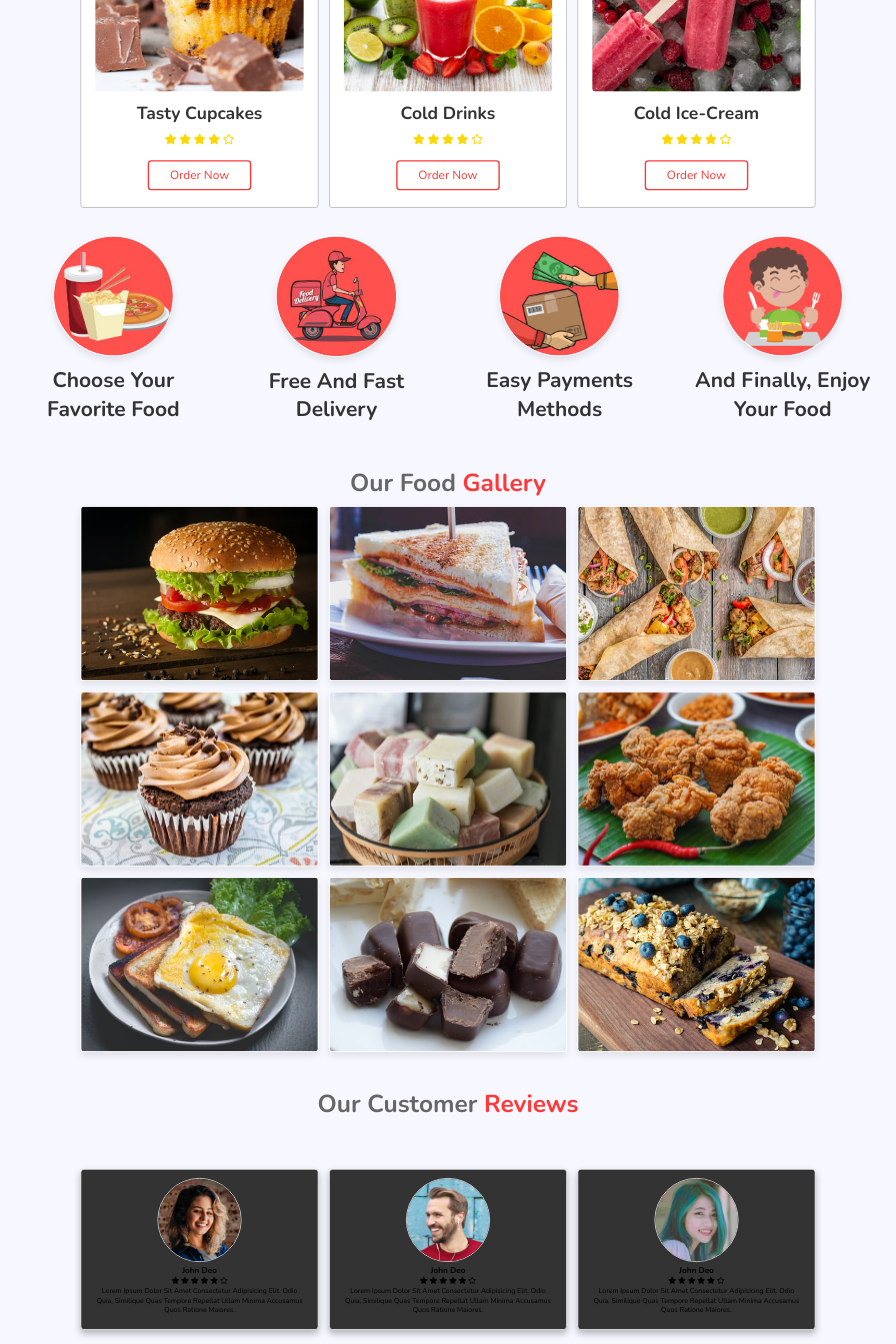
Repository: ManhTanVN/food
Page: index.html
An editor plug-in stored every save of this project. The page is shown before and after the next save, followed by the edit.
The browser window is 1280 px wide. The pictures show the part of the page from y = 2067 to 3987 px (the page is 3987 px tall), at 70% of full size.
The style sheet was rebuilt from its Sass, Less or Tailwind sources for each picture, by a compiler version that may differ from the author's.

Above is the page before, as saved 2021-08-29 20:35:26.

### index.html
<!DOCTYPE html>
<html lang="en">
<head>
    <meta charset="UTF-8">
    <meta http-equiv="X-UA-Compatible" content="IE=edge">
    <meta name="viewport" content="width=device-width, initial-scale=1.0">
    <title>Document</title>
    <!-- font awe-some CDN -->
    <link rel="stylesheet" href="https://cdnjs.cloudflare.com/ajax/libs/font-awesome/5.15.4/css/all.min.css">

    <!-- custom css -->
    <link rel="stylesheet" href="./assets/css/style.css">
</head>
<body>
    <!-- header section start -->
    <header>
        <a href="#" class="logo"><i class="fas fa-utensils"></i>food</a>
        <div id="menu-bar" class="fas fa-bars"></div>
        <nav class="navbar">
            <a href="#home">home</a>
            <a href="#speciality">speciality</a>
            <a href="#popular">popular</a>
            <a href="#gallery">gallery</a>
            <a href="#review">review</a>
            <a href="#order">order</a>
        </nav>
    </header>
    <!-- header section end -->

    <!-- home section starts -->
    <section class="home" id="home">
        <div class="home__content">
            <h3>food made with love</h3>
            <p>Lorem ipsum dolor sit amet, consectetur adipisicing elit. Corrupti inventore error fugit alias sapiente, eveniet minima impedit repellendus, itaque beatae porro ullam nobis, vero assumenda quod quibusdam consequuntur provident! Error!</p>
            <a href="#" class="btn">order now</a>
        </div>
        <div class="home__image">
            <img src="./assets/images/home-img.png" alt="">
        </div>


    </section>
    <!-- home section ends -->

    <!-- speciality section starts -->
    <section class="speciality" id="speciality">
        <h1 class="heading">our <span>speciality</span></h1>
        <div class="box-container">
            <div class="box">
                <img class="box__image" src="./assets/images/s-img-1.jpg" alt="">
                <div class="box__content">
                    <img src="./assets/images/s-1.png" alt="">
                    <h3>tasty burger</h3>
                    <p>Lorem ipsum dolor sit amet consectetur adipisicing elit. Voluptatibus nam ratione, veniam esse illo vitae alias adipisci reiciendis sunt minus?</p>
                </div>
            </div>
            <div class="box">
                <img class="box__image" src="./assets/images/s-img-2.jpg" alt="">
                <div class="box__content">
                    <img src="./assets/images/s-2.png" alt="">
                    <h3>tasty pizza</h3>
                    <p>Lorem ipsum dolor sit amet consectetur adipisicing elit. Voluptatibus nam ratione, veniam esse illo vitae alias adipisci reiciendis sunt minus?</p>
                </div>
            </div>
            <div class="box">
                <img class="box__image" src="./assets/images/s-img-3.jpg" alt="">
                <div class="box__content">
                    <img src="./assets/images/s-3.png" alt="">
                    <h3>cold ice-cream</h3>
                    <p>Lorem ipsum dolor sit amet consectetur adipisicing elit. Voluptatibus nam ratione, veniam esse illo vitae alias adipisci reiciendis sunt minus?</p>
                </div>
            </div>
            <div class="box">
                <img class="box__image" src="./assets/images/s-img-4.jpg" alt="">
                <div class="box__content">
                    <img src="./assets/images/s-4.png" alt="">
                    <h3>drinks</h3>
                    <p>Lorem ipsum dolor sit amet consectetur adipisicing elit. Voluptatibus nam ratione, veniam esse illo vitae alias adipisci reiciendis sunt minus?</p>
                </div>
            </div>
            <div class="box">
                <img class="box__image" src="./assets/images/s-img-5.jpg" alt="">
                <div class="box__content">
                    <img src="./assets/images/s-5.png" alt="">
                    <h3>tasty sweets</h3>
                    <p>Lorem ipsum dolor sit amet consectetur adipisicing elit. Voluptatibus nam ratione, veniam esse illo vitae alias adipisci reiciendis sunt minus?</p>
                </div>
            </div>
            <div class="box">
                <img class="box__image" src="./assets/images/s-img-6.jpg" alt="">
                <div class="box__content">
                    <img src="./assets/images/s-6.png" alt="">
                    <h3>healthy breakfast</h3>
                    <p>Lorem ipsum dolor sit amet consectetur adipisicing elit. Voluptatibus nam ratione, veniam esse illo vitae alias adipisci reiciendis sunt minus?</p>
                </div>
            </div>
        </div>
    </section>
    <!-- speciality section ends -->

    <!-- popular section starts -->
    <section class="popular" id="popular">
        <h1 class="heading">most <span>popular</span> foods</h1>
        <div class="box-container">
            <div class="box">
                <span class="box__price"> $5 - $20 </span>
                <img src="./assets/images/p-1.jpg" alt="">
                <h3>tasty burger</h3>
                <div class="box__star">
                    <i class="fas fa-star"></i>
                    <i class="fas fa-star"></i>
                    <i class="fas fa-star"></i>
                    <i class="fas fa-star"></i>
                    <i class="far fa-star"></i>
                </div>
                <a href="#" class="btn">order now</a>
            </div>
            <div class="box">
                <span class="box__price"> $5 - $20 </span>
                <img src="./assets/images/p-2.jpg" alt="">
                <h3>tasty cakes</h3>
                <div class="box__star">
                    <i class="fas fa-star"></i>
                    <i class="fas fa-star"></i>
                    <i class="fas fa-star"></i>
                    <i class="fas fa-star"></i>
                    <i class="far fa-star"></i>
                </div>
                <a href="#" class="btn">order now</a>
            </div>
            <div class="box">
                <span class="box__price"> $5 - $20 </span>
                <img src="./assets/images/p-3.jpg" alt="">
                <h3>tasty sweets</h3>
                <div class="box__star">
                    <i class="fas fa-star"></i>
                    <i class="fas fa-star"></i>
                    <i class="fas fa-star"></i>
                    <i class="fas fa-star"></i>
                    <i class="far fa-star"></i>
                </div>
                <a href="#" class="btn">order now</a>
            </div>
            <div class="box">
                <span class="box__price"> $5 - $20 </span>
                <img src="./assets/images/p-4.jpg" alt="">
                <h3>tasty cupcakes</h3>
                <div class="box__star">
                    <i class="fas fa-star"></i>
                    <i class="fas fa-star"></i>
                    <i class="fas fa-star"></i>
                    <i class="fas fa-star"></i>
                    <i class="far fa-star"></i>
                </div>
                <a href="#" class="btn">order now</a>
            </div>
            <div class="box">
                <span class="box__price"> $5 - $20 </span>
                <img src="./assets/images/p-5.jpg" alt="">
                <h3>cold drinks</h3>
                <div class="box__star">
                    <i class="fas fa-star"></i>
                    <i class="fas fa-star"></i>
                    <i class="fas fa-star"></i>
                    <i class="fas fa-star"></i>
                    <i class="far fa-star"></i>
                </div>
                <a href="#" class="btn">order now</a>
            </div>
            <div class="box">
                <span class="box__price"> $5 - $20 </span>
                <img src="./assets/images/p-6.jpg" alt="">
                <h3>cold ice-cream</h3>
                <div class="box__star">
                    <i class="fas fa-star"></i>
                    <i class="fas fa-star"></i>
                    <i class="fas fa-star"></i>
                    <i class="fas fa-star"></i>
                    <i class="far fa-star"></i>
                </div>
                <a href="#" class="btn">order now</a>
            </div>
        </div>

    </section>
    <!-- popular section ends -->

    <!-- Step section starts -->
    <section class="steps">
        <div class="box">
            <img src="./assets/images/step-1.jpg" alt="">
            <h3>choose your favorite food</h3>
        </div>
        <div class="box">
            <img src="./assets/images/step-2.jpg" alt="">
            <h3>free and fast delivery</h3>
        </div>
        <div class="box">
            <img src="./assets/images/step-3.jpg" alt="">
            <h3>easy payments methods</h3>
        </div>
        <div class="box">
            <img src="./assets/images/step-4.jpg" alt="">
            <h3>and finally, enjoy your food</h3>
        </div>
    </section>
    <!-- Step section ends -->

    <!-- Gallery section starts -->
    <section class="gallery" id="gallery">
        <h1 class="heading">our food <span>gallery</span></h1>
        <div class="box-container">
            <div class="box">
                <img src="./assets/images/g-1.jpg" alt="" class="box__image">
                <div class="box__content">
                    <h3>tasty food</h3>
                    <p>Lorem ipsum dolor sit amet consectetur adipisicing elit. At, quos.</p>
                    <a href="#" class="btn">order now</a>
                </div>
            </div>
            <div class="box">
                <img src="./assets/images/g-2.jpg" alt="" class="box__image">
                <div class="box__content">
                    <h3>tasty food</h3>
                    <p>Lorem ipsum dolor sit amet consectetur adipisicing elit. At, quos.</p>
                    <a href="#" class="btn">order now</a>
                </div>
            </div>
            <div class="box">
                <img src="./assets/images/g-3.jpg" alt="" class="box__image">
                <div class="box__content">
                    <h3>tasty food</h3>
                    <p>Lorem ipsum dolor sit amet consectetur adipisicing elit. At, quos.</p>
                    <a href="#" class="btn">order now</a>
                </div>
            </div>
            <div class="box">
                <img src="./assets/images/g-4.jpg" alt="" class="box__image">
                <div class="box__content">
                    <h3>tasty food</h3>
                    <p>Lorem ipsum dolor sit amet consectetur adipisicing elit. At, quos.</p>
                    <a href="#" class="btn">order now</a>
                </div>
            </div>
            <div class="box">
                <img src="./assets/images/g-5.jpg" alt="" class="box__image">
                <div class="box__content">
                    <h3>tasty food</h3>
                    <p>Lorem ipsum dolor sit amet consectetur adipisicing elit. At, quos.</p>
                    <a href="#" class="btn">order now</a>
                </div>
            </div>
            <div class="box">
                <img src="./assets/images/g-6.jpg" alt="" class="box__image">
                <div class="box__content">
                    <h3>tasty food</h3>
                    <p>Lorem ipsum dolor sit amet consectetur adipisicing elit. At, quos.</p>
                    <a href="#" class="btn">order now</a>
                </div>
            </div>
            <div class="box">
                <img src="./assets/images/g-7.jpg" alt="" class="box__image">
                <div class="box__content">
                    <h3>tasty food</h3>
                    <p>Lorem ipsum dolor sit amet consectetur adipisicing elit. At, quos.</p>
                    <a href="#" class="btn">order now</a>
                </div>
            </div>
            <div class="box">
                <img src="./assets/images/g-8.jpg" alt="" class="box__image">
                <div class="box__content">
                    <h3>tasty food</h3>
                    <p>Lorem ipsum dolor sit amet consectetur adipisicing elit. At, quos.</p>
                    <a href="#" class="btn">order now</a>
                </div>
            </div>
            <div class="box">
                <img src="./assets/images/g-9.jpg" alt="" class="box__image">
                <div class="box__content">
                    <h3>tasty food</h3>
                    <p>Lorem ipsum dolor sit amet consectetur adipisicing elit. At, quos.</p>
                    <a href="#" class="btn">order now</a>
                </div>
            </div>
        </div>
    </section>
    <!-- Gallery section ends -->

    <!-- review section starts -->
    <section class="review" id="review">
        <h1 class="heading">our customer <span>reviews</span></h1>
        <div class="box-container">

            <div class="box">
                <img src="./assets/images/pic1.png" alt="" class="box__image">
                <h3>john deo</h3>
                <div class="stars">
                    <i class="fas fa-star"></i>
                    <i class="fas fa-star"></i>
                    <i class="fas fa-star"></i>
                    <i class="fas fa-star"></i>
                    <i class="fas fa-star"></i>
                    <i class="far fa-star"></i>
                </div>
                <p>Lorem ipsum dolor sit amet consectetur adipisicing elit. Odio quia, similique quas tempore repellat ullam minima accusamus quos ratione maiores.</p>
            </div>
            <div class="box">
                <img src="./assets/images/pic2.png" alt="" class="box__image">
                <h3>john deo</h3>
                <div class="stars">
                    <i class="fas fa-star"></i>
                    <i class="fas fa-star"></i>
                    <i class="fas fa-star"></i>
                    <i class="fas fa-star"></i>
                    <i class="fas fa-star"></i>
                    <i class="far fa-star"></i>
                </div>
                <p>Lorem ipsum dolor sit amet consectetur adipisicing elit. Odio quia, similique quas tempore repellat ullam minima accusamus quos ratione maiores.</p>
            </div>
            <div class="box">
                <img src="./assets/images/pic3.png" alt="" class="box__image">
                <h3>john deo</h3>
                <div class="stars">
                    <i class="fas fa-star"></i>
                    <i class="fas fa-star"></i>
                    <i class="fas fa-star"></i>
                    <i class="fas fa-star"></i>
                    <i class="fas fa-star"></i>
                    <i class="far fa-star"></i>
                </div>
                <p>Lorem ipsum dolor sit amet consectetur adipisicing elit. Odio quia, similique quas tempore repellat ullam minima accusamus quos ratione maiores.</p>
            </div>

        </div>
    </section>
    <!-- review section ends -->

<!-- custom js -->
<script src="./assets/js/main.js"></script>
<!-- custom js -->
</body>
</html>

### sass/style.scss
@import url('https://fonts.googleapis.com/css2?family=Nunito:wght@200;300;400;600;700&display=swap');
@import './mixin';
@import './variables';
@import './animation';
@import './base';
@import './header';
@import './menu-bar';
@import './home';
@import './btn';
@import './speciality';
@import './popular';
@import './steps';
@import './gallery';
@import './review';

@import './_media';

### sass/_mixin.scss
@mixin responsive($breakpoint) {
    @if $breakpoint == tablet {
        @media (max-width:991px) {@content}
    };

    @if $breakpoint == phone {
        @media (max-width: 768px) {@content}
    };

    @if $breakpoint == small {
        @media (max-width: 400px) {@content}
    };
}

### sass/_variables.scss
$color-red: #ff3838;

### sass/_animation.scss
@keyframes float {
    0%, 100% {
        transform: translateY(0rem)
    };

    50% {
        transform: translateY(03rem)
    }
}

### sass/_base.scss
* {
    font-family: 'Nunito', sans-serif;
    padding: 0; margin: 0;
    box-sizing: border-box;
    border: 0; outline: none;
    text-transform: capitalize;
    text-decoration: none;
    transition: all .2s linear;
}

*::selection {
    background: $color-red;
    color: #fff;
}

html {
    font-size: 62.5%;
    overflow-x: hidden;
    scroll-behavior: smooth;
    scroll-padding-top: 6rem;
    @include responsive (tablet) {
        font-size: 55%;
    }

    @include responsive (small) {
        font-size: 50%;

    }
}

body {
    background: #f7f7ff;
}

section {
    padding: 2rem 9%;
    @include responsive (tablet){
        padding: 2rem;
    }
}

### sass/_header.scss
header {
    position: fixed;
    top: 0;
    left: 0;
    right: 0;
    z-index: 9999;
    background: #fff;
    padding: 2rem 9%;
    box-shadow: 0 0.5rem 1rem rgba(0,0,0,.1);
    display: flex;
    justify-content: space-between;
    align-items: center;
    @include responsive (tablet) {
        padding: 2rem;
    }

}
header .logo {
    font-size: 2.5rem;
    font-weight: bold;
    color: #666;
}
header .logo i {
    padding-right: .5rem;
    color: $color-red;
}
header .navbar a {
    font-size: 2rem;
    margin-left: 2rem;
    color: #666;

    @include responsive (phone) {
        margin: 1.5rem;
        padding: 1.5rem;
        display: block;
        border: .2rem solid rgba(0,0,0,.1);
        border-left: .5rem solid $color-red;
        background: #fff;
    }
}

header .navbar a:hover {
    color: $color-red;
}

header .navbar {
    @include responsive (phone) {
        position: absolute;
        top: 100%;
        right: 0;
        left: 0;
        background: #f7f7f7;
        border-top: .1rem solid rgba(0,0,0,.1);
        clip-path: polygon(0 0, 100% 0 , 100% 0 , 0 0);
    }
}
header .navbar.active {
    @include responsive (phone) {
        clip-path: polygon(0 0, 100% 0 , 100% 100% , 0 100%);

    }
}

### sass/_menu-bar.scss
#menu-bar {
    font-size: 3rem;
    cursor: pointer;
    color: #666;
    border: .1rem solid #666;
    border-radius: .3rem;
    padding: .5rem 1.5rem;
    display: none;

    @include responsive (phone) {
        display: initial;
    }

}

### sass/_home.scss
.home {
    display: flex;
    flex-wrap: wrap;
    gap: 1.5rem;
    min-height: 100vh;
    align-items: center;
    background: url(../assets/images/home-bg.jpg) no-repeat;
    // background: url(../assets/images/pic1.png);
    // background: gold;
    background-size: cover;
    background-position: center;

    &__content{
        flex: 1 1 40rem;
        padding-top: 6.5rem;

        & h3{
            font-size: 5rem;
            color: #333;
        }
        & p{
            font-size: 1.7rem;
            color: #666;
            padding: 1rem 0;
        }
    }
    &__image {
        flex: 1 1 40rem;

    }
    &__image img {
        width: 100%;
        padding: 1rem;
        animation: float 3s linear infinite;
    }
}

### sass/_btn.scss
.btn {
    display: inline-block;
    padding: .8rem 3rem;
    border: .2rem solid $color-red;
    color: $color-red;
    cursor: pointer;
    font-size: 1.7rem;
    border-radius: .5rem;
    position: relative;
    overflow: hidden;
    z-index: 0;
    margin-top: 1rem;
    &::after {
        content: "";
        position: absolute;
        top: 0;
        right: 0;
        width: 0;
        height: 100%;
        background: $color-red;
        transition: .2s linear;
        z-index: -1;
    }

    &:hover::after {
        width: 100%;
        left: 0;;
    }
    &:hover {
        color: #fff;
    }
}

### sass/_popular.scss
.popular {
    & .box-container {
        & .box {
            padding: 2rem;
            background: #fff;
            box-shadow: 1 .5rem 1rem rgba(0,0,0,.1);
            border: .1rem solid rgba(0,0,0,.3);
            border-radius: .5rem;
            text-align: center;
            flex: 1 1 30rem;
            position: relative;

            & img {
                height: 25rem;
                object-fit: cover;
                width: 100%;
                border-radius: inherit;
            }

            &__price {
                position: absolute;
                top: 3rem; left: 3rem;
                background: $color-red;
                color: #fff;
                font-size: 2rem;
                padding: .5rem 1rem;
                border-radius: inherit;
            }

            & h3 {
                color: #333;
                font-size: 2.5rem;
                padding-top: 1rem;
            }

            &__star {
                color: gold;
                font-size: 1.5rem;
                padding: 1rem .1rem;
            }
        }
    }
}

### sass/_steps.scss
.steps {
    display: flex;
    flex-wrap: wrap;
    gap: 1.5rem;
    padding: 1rem;

    & .box {
        flex: 1 1 25rem;
        padding: 1rem;
        text-align: center;

        & img {
            border-radius: 50%;
            border: .1rem solid #fff;
            box-shadow: 0 .5rem 1rem rgba(0,0,0,.1);
        }

        & h3 {
            font-size: 3rem;
            color: #333;
            padding: 1rem;
        }
    }
}

### sass/_gallery.scss
.gallery {
    & .box-container {
        & .box {
            height: 25rem;
            flex: 1 1 30rem;
            border: .1rem solid #fff;
            box-shadow: 0 .5rem 1rem rgba(0,0,0,.1);
            border-radius: .5rem;
            position: relative;
            overflow: hidden;

            &:hover .box__content {
                top: 0;
            }

            &__image {
                width: 100%;
                height: 100%;
                object-fit: cover;
            }

            &__content {
                position: absolute;
                top: -100%; left: 0;
                width: 100%;
                height: 100%;
                background: rgba(255,255,255,.9);
                padding: 2rem;
                padding-top: 5rem;
                text-align: center;

                & h3 {
                    font-size: 2.5rem;
                    color: #333;
                }
                & p {
                    font-size: 1.5rem;
                    color: #666;
                    padding: 1rem 0;
                }
            }
        }
    }
}

### sass/_review.scss
.review{
    & .box-container {
        & .box {
            text-align: center;
            padding: 2rem;
            border: .1rem solid #fff;
            box-shadow: 0 .5rem 1rem rgba(0,0,0,.3);
            border-radius: .5rem;
            flex: 1 1 30rem;
            background: #333;
            margin-top: 6rem;
            &__image {
                width: 12rem;
                height: 12rem;
                border-radius: 50%;
                border: .1rem solid #fff;
                margin-top: -0.8rem;
                object-fit: cover;
            }
        }
    }
}

### sass/__media.scss
@media (max-width: 991px) {
    html {
    }
    header {

    }
}

@media (max-width: 768px) {


    .menu-bar {

    }
}

Loaded but not shown: assets/js/main.js (12 lines, source omitted); sass/_speciality.scss (66 lines, source omitted)

After the next save:
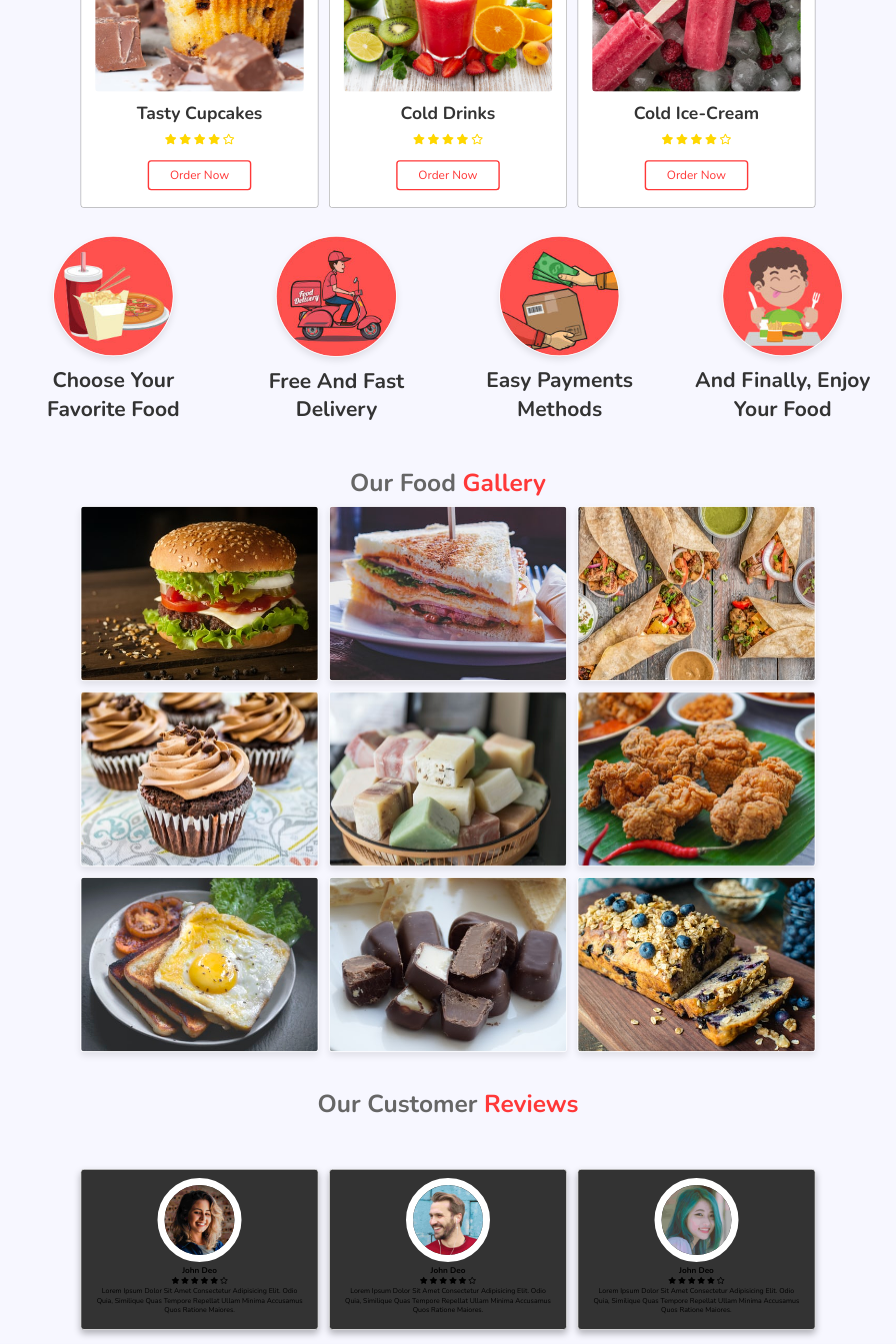
Saved 18 s later.
--- a/sass/_review.scss
+++ b/sass/_review.scss
@@ -13,7 +13,7 @@
                 width: 12rem;
                 height: 12rem;
                 border-radius: 50%;
-                border: .1rem solid #fff;
+                border: 1rem solid #fff;
                 margin-top: -0.8rem;
                 object-fit: cover;
             }
